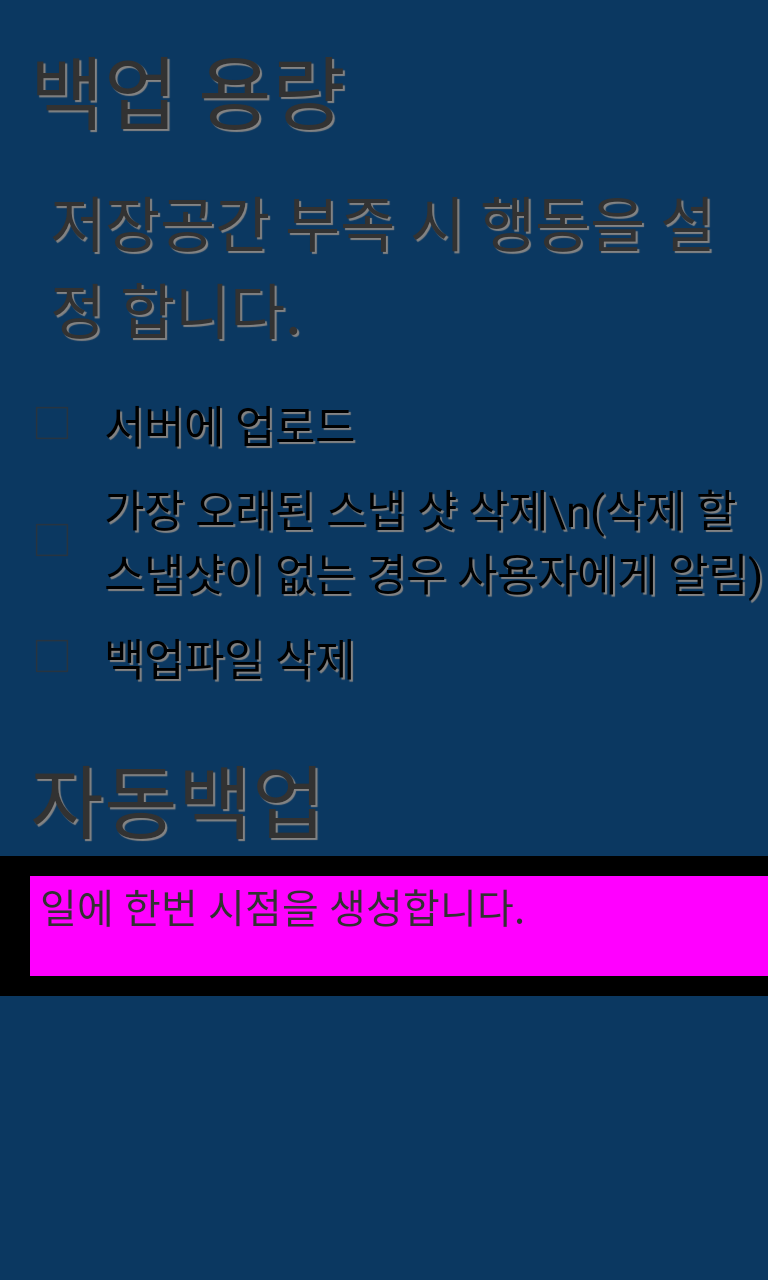
Repository: zzttt/LVM_BackupSol
Layout: TimeTraveler/res/layout/inflate_three.xml
These files come from the project's save history. The layout is drawn as it stood at one moment and after the next save; the edit follows.
It is drawn on a 768 x 1280 px phone screen (xhdpi) without system bars, with theme AppTheme; the app's code is not run.

Above is the layout before, as saved 2014-07-02 15:21:41.

### TimeTraveler/res/layout/inflate_three.xml
<?xml version="1.0" encoding="utf-8"?>
<RelativeLayout xmlns:android="http://schemas.android.com/apk/res/android"
    android:layout_width="fill_parent"
    android:layout_height="fill_parent"
    android:orientation="vertical" >

    <ScrollView
        android:id="@+id/elv_list3"
        android:layout_width="fill_parent"
        android:layout_height="fill_parent"
        android:background="#F4FA58"
        android:fillViewport="true" >

        <LinearLayout
            android:id="@+id/ll_three"
            android:layout_width="fill_parent"
            android:layout_height="fill_parent"
            android:background="#0B3861"
            android:orientation="vertical" >

            <TextView
                android:layout_width="match_parent"
                android:layout_height="wrap_content"
                android:layout_marginLeft="15dp"
                android:layout_marginTop="15dp"
                android:shadowColor="#848484"
                android:shadowDx="2"
                android:shadowDy="2"
                android:shadowRadius="0.01"
                android:text="백업 용량"
                android:textSize="40sp" />

            <TextView
                android:layout_width="match_parent"
                android:layout_height="wrap_content"
                android:layout_marginBottom="20dp"
                android:layout_marginLeft="25dp"
                android:layout_marginTop="15dp"
                android:shadowColor="#848484"
                android:shadowDx="2"
                android:shadowDy="2"
                android:shadowRadius="0.01"
                android:text="저장공간 부족 시 행동을 설정 합니다."
                android:textSize="30sp" />

            <CheckBox
                android:id="@+id/checkbox_upToSrv"
                android:layout_width="match_parent"
                android:layout_height="wrap_content"
                android:layout_marginBottom="10dp"
                android:layout_marginLeft="10dp"
                android:paddingLeft="10dp"
                android:shadowColor="#848484"
                android:shadowDx="2"
                android:shadowDy="2"
                android:shadowRadius="0.01"
                android:text="서버에 업로드"
                android:textSize="22sp" />

            <CheckBox
                android:id="@+id/checkbox_delSnapshot"
                android:layout_width="match_parent"
                android:layout_height="wrap_content"
                android:layout_marginBottom="10dp"
                android:layout_marginLeft="10dp"
                android:paddingLeft="10dp"
                android:shadowColor="#848484"
                android:shadowDx="2"
                android:shadowDy="2"
                android:shadowRadius="0.01"
                android:text="가장 오래된 스냅 샷 삭제\n(삭제 할 스냅샷이 없는 경우 사용자에게 알림)"
                android:textSize="22sp" />

            <CheckBox
                android:id="@+id/checkbox_delBackup"
                android:layout_width="match_parent"
                android:layout_height="wrap_content"
                android:layout_marginBottom="10dp"
                android:layout_marginLeft="10dp"
                android:paddingLeft="10dp"
                android:shadowColor="#848484"
                android:shadowDx="2"
                android:shadowDy="2"
                android:shadowRadius="0.01"
                android:text="백업파일 삭제"
                android:textSize="22sp" />

            <TextView
                android:layout_width="match_parent"
                android:layout_height="wrap_content"
                android:layout_marginLeft="15dp"
                android:layout_marginTop="15dp"
                android:shadowColor="#848484"
                android:shadowDx="2"
                android:shadowDy="2"
                android:shadowRadius="0.01"
                android:text="자동백업"
                android:textSize="40sp" />

            <RelativeLayout
                android:layout_width="fill_parent"
                android:layout_height="wrap_content"
                android:gravity="center"
                android:background="#000000"
                >

                <Spinner
                    android:id="@+id/dateSpinner"
                    android:layout_width="wrap_content"
                    android:layout_height="50dip"
                    android:layout_marginLeft="15dp"
                    android:layout_marginTop="20dp"
                    android:drawSelectorOnTop="true"
                    android:layout_centerVertical="true"
                    android:background="#0B173B"
                     />
                <TextView
                    android:layout_width="match_parent"
                    android:layout_height="50dip"
                    android:text=" 일에 한번 시점을 생성합니다."
                    android:layout_toRightOf="@id/dateSpinner"
                    android:layout_centerVertical="true"
                    android:background="#FF00FF"
                    android:textSize="20sp" />
            </RelativeLayout>
        </LinearLayout>
    </ScrollView>

</RelativeLayout>

Loaded but not shown: TimeTraveler/res/values/styles.xml (common file); TimeTraveler/res/values-v11/styles.xml (common file); TimeTraveler/res/values-v14/styles.xml (common file)

After the next save:
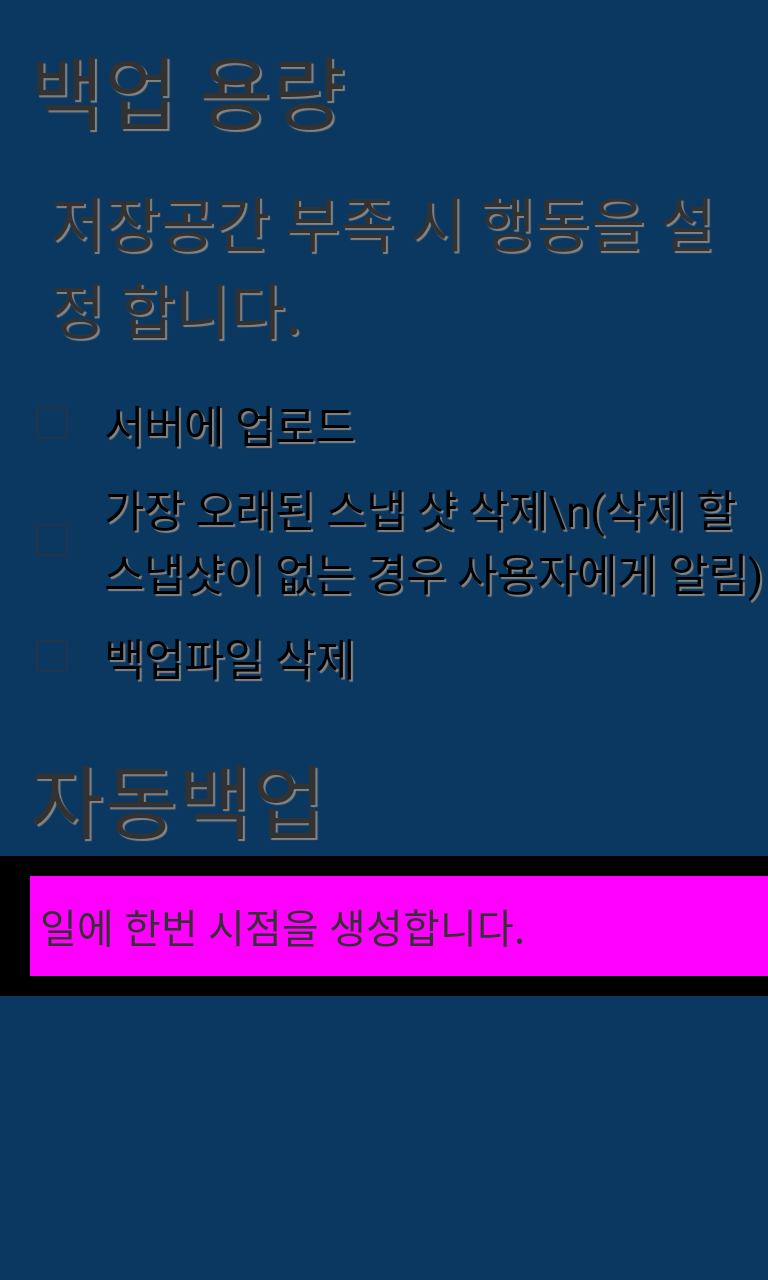
Saved 28 s later.
--- a/TimeTraveler/res/layout/inflate_three.xml
+++ b/TimeTraveler/res/layout/inflate_three.xml
@@ -121,6 +121,7 @@
                     android:layout_toRightOf="@id/dateSpinner"
                     android:layout_centerVertical="true"
                     android:background="#FF00FF"
+                    android:gravity="center_vertical"
                     android:textSize="20sp" />
             </RelativeLayout>
         </LinearLayout>
